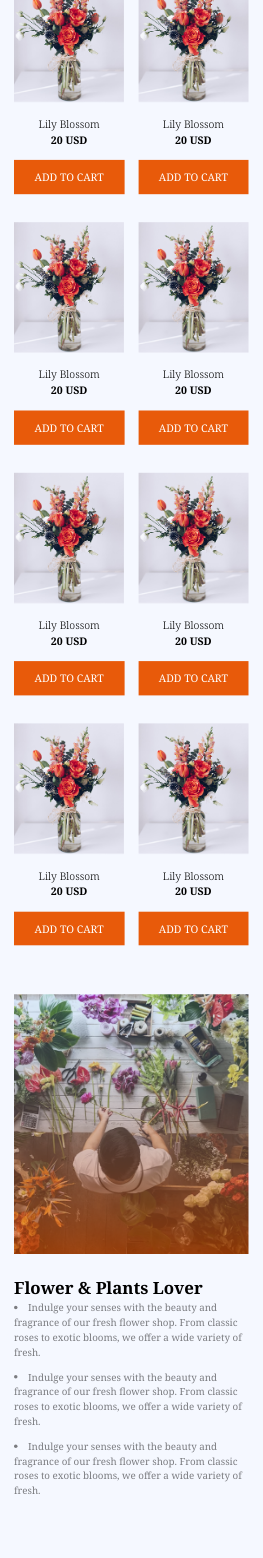
Repository: nahid-hasann/website-7
Page: index.html
These files come from the project's save history. The page is drawn as it stood at one moment and after a run of saves; the edit follows.
The browser window is 375 px wide. The pictures show the part of the page from y = 918 to 3158 px (the page is 3143 px tall before and 3158 px after), at 70% of full size.
Some web libraries are served in a nearby version.

Above is the page before, as saved 2025-07-24 13:19:24.

### index.html
<!DOCTYPE html>
<html lang="en">
<head>
    <meta charset="UTF-8">
    <meta name="viewport" content="width=device-width, initial-scale=1.0">
     <script src="https://cdn.jsdelivr.net/npm/@tailwindcss/browser@4"></script>
    <title> website-7 </title>
    <link rel="stylesheet" href="style.css">
    <link rel="stylesheet" href="https://cdnjs.cloudflare.com/ajax/libs/font-awesome/7.0.0/css/all.min.css" integrity="sha512-DxV+EoADOkOygM4IR9yXP8Sb2qwgidEmeqAEmDKIOfPRQZOWbXCzLC6vjbZyy0vPisbH2SyW27+ddLVCN+OMzQ==" crossorigin="anonymous" referrerpolicy="no-referrer" />
   <link rel="preconnect" href="https://fonts.googleapis.com">
<link rel="preconnect" href="https://fonts.gstatic.com" crossorigin>
<link href="https://fonts.googleapis.com/css2?family=Noto+Serif:ital,wght@0,100..900;1,100..900&display=swap" rel="stylesheet">
</head>
<body class="noto-serif-nahid">


    <header>
        <nav>
            <div class="nav-logo">
                <img src="assets/logo.png" alt="">
            </div>
            <div class="nav-menu">
                <ul>
                    <li class="ul-li" style="color: black; font-weight: bold;">Home</li>
                    <li class="ul-li" >Shop</li>
                    <li class="ul-li" >About us</li>
                    <li class="last-li" style="color: black;"><i class="fa-solid fa-cart-shopping"></i>Cart ($56)</li>
                </ul>
            </div>
        </nav>
    </header>

    <main>

        <section class="banner">
            <div class="banner-section">
                <div class="banner-description">
                    <h1>ALWAYS <span style="color: #e85a0a;">FRESH <br> FLOWERS</span></h1>
                    <p>Indulge your senses with the beauty and fragrance of our fresh flower shop. From classic roses to exotic blooms, we offer a wide variety of fresh flowers that are perfect for any occasion.  </p>
                </div>
                <div class="banner-img">
                    <img src="assets/hero-flower.png" alt="">
                </div>
            </div>
        </section>

        <section class="plants-section">
             <h1> <span style="color: #e85a0a;">Our</span> Plants</h1>
             <p>Indulge your senses with the beauty and fragrance of our fresh flower shop. From classic roses to exotic blooms, we offer a wide variety of fresh.</p>
             <div class="plants-card">
                <div class="card">
                    <img src="assets/sample-flower-image.png" alt="">
                    <h4>Lily Blossom</h4>
                    <h2>20 USD</h2>
                    <button class="btn">ADD TO CART</button>
                </div>
                 <div class="card">
                    <img src="assets/sample-flower-image.png" alt="">
                    <h4>Lily Blossom</h4>
                    <h2>20 USD</h2>
                    <button class="btn">ADD TO CART</button>
                </div>
                 <div class="card">
                    <img src="assets/sample-flower-image.png" alt="">
                    <h4>Lily Blossom</h4>
                    <h2>20 USD</h2>
                    <button class="btn">ADD TO CART</button>
                </div>
                 <div class="card">
                    <img src="assets/sample-flower-image.png" alt="">
                    <h4>Lily Blossom</h4>
                    <h2>20 USD</h2>
                    <button class="btn">ADD TO CART</button>
                </div>
                 <div class="card">
                    <img src="assets/sample-flower-image.png" alt="">
                    <h4>Lily Blossom</h4>
                    <h2>20 USD</h2>
                    <button class="btn">ADD TO CART</button>
                </div>
                 <div class="card">
                    <img src="assets/sample-flower-image.png" alt="">
                    <h4>Lily Blossom</h4>
                    <h2>20 USD</h2>
                    <button class="btn">ADD TO CART</button>
                </div>
                 <div class="card">
                    <img src="assets/sample-flower-image.png" alt="">
                    <h4>Lily Blossom</h4>
                    <h2>20 USD</h2>
                    <button class="btn">ADD TO CART</button>
                </div>
                 <div class="card">
                    <img src="assets/sample-flower-image.png" alt="">
                    <h4>Lily Blossom</h4>
                    <h2>20 USD</h2>
                    <button class="btn">ADD TO CART</button>
                </div>
             </div>
        </section>

        <section class="plants-lover-section">
            <div class="plants-lover-div">
                <div class="plants-lover-img">
                <img src="assets/flower-store.png" alt="">
                <div class="badge">
                    <img class="badge-img" src="assets/trusted-badge.png" alt="">
                </div>
            </div>
            <div class="plants-lover-content">
                <h1>Flower & Plants Lover</h1>
                <or>
                    <li>Indulge your senses with the beauty and fragrance of our fresh flower shop. From classic roses to exotic blooms, we offer a wide variety of fresh.</li>
                    <li>Indulge your senses with the beauty and fragrance of our fresh flower shop. From classic roses to exotic blooms, we offer a wide variety of fresh.</li>
                    <li>Indulge your senses with the beauty and fragrance of our fresh flower shop. From classic roses to exotic blooms, we offer a wide variety of fresh.</li>
                </or>
            </div>
            </div>
        </section>

    </main>




</body>
</html>

### style.css


*{
    margin: 0;
    padding: 0;
    box-sizing: border-box;
}


.noto-serif-nahid {
  font-family: "Noto Serif", serif;
  font-optical-sizing: auto;
  font-style: normal;
  font-variation-settings:
    "wdth" 100;
}

body{
    background-color: #f5f8ff;
}



/* header suru  */

header{
   margin: 20px auto;
   max-width: 1140px;
}

nav{
    display: flex;
    justify-content: space-between;
    align-items: center;
}

.nav-logo img{
    width: 100%;
}

.nav-menu ul{
     display: flex;
     gap: 30px;
     align-items: center;
     justify-content: center;
     margin: auto 0;
}

.nav-menu ul li{
    color: rgba(137, 135, 161, 1);
    font-weight: 400;
}


/* header sesh  */

/* banner-section  */

.banner{
    margin: 230px auto 130px auto;
    max-width: 1140px;

}

.banner-section{
     display: flex;
     align-items: end;
     justify-content: center;
}

.banner-description h1{
    font-size: 65px;
    font-weight: 800;

}

.banner-description p{
    font-size: 22px;
    color: #7b7c80;
}

.banner-img img{
    max-width: 570px;
}

/* banner-section  */

/* plants-section suru */

.plants-section{
    width: 1140px;
    margin: 130px auto;
}

.plants-section h1{
    text-align: center;
    font-size: 50px;
    margin-bottom: 14px;
    font-weight: 700;
}

.plants-card{
    display: grid;
    grid-template-columns: 1fr 1fr 1fr 1fr;
    gap: 30px;
    row-gap: 60px;
    margin-top: 60px;
}

.plants-section p{
    font-size: 22px;
    color: #7b7c80;
    text-align: center;
}

.card {
    display: flex;
    flex-direction: column;
    align-items: center;
    justify-content: center;
}

.card h4{
    font-size: 22px;
    font-weight: 300;
    margin-top: 18px;
}

.card h2{
    font-size: 22px;
    font-weight: 700;
    margin-bottom: 18px;
}

.btn{
    background-color: #e85a0a;
    width: 100%;
    padding: 13px 0;
    color: white;
}

/* plants-section sesh  */

/* plants-lover-section suru  */

.plants-lover-section{
    width: 1140px;
    margin: 180px auto 130px auto;
}



.plants-lover-div{
     display: grid;
     grid-template-columns: 1fr 1fr;
    align-items: center;
    justify-content: center;
    gap: 60px;
}

.plants-lover-img{
    position: relative;
}

.badge-img{
    position: absolute;
    top: -80px;
    right: -80px;
    width: 200px;
    z-index: 999;
}



.plants-lover-content h1{
     font-size: 50px;
     font-weight: 700;
}

.plants-lover-content or li{
    font-size: 22px;
    color: #7b7c80;
}

/* plants-lover-section sesh  */


/* media screen  */

@media screen and (max-width:575px) {
    header{
        width: 100%;
    }

nav{
    margin:0 30px;

}

.nav-logo img{
    width: 63px;
}
    .ul-li{
        display: none;
    }

    .banner{
        max-width: 575px;
        margin-top: 70px ;
        margin-bottom: 70px;
    }

    .banner-section{
        flex-direction: column-reverse;

    }

    .banner-description{
        margin-left: 30px;
    }

    .banner-description h1{
    font-size: 24px;
}

.banner-description p{
    font-size: 14px;
}

.banner-img img{
    max-width: 400px;
    margin-bottom: 80px;
}

.plants-section{
    width: 100% ;
    padding: 0 20px ;
    margin: 70px 0;

}

.plants-card{
    display: grid;
    grid-template-columns: 1fr 1fr;
    gap: 20px;
    row-gap: 40px;
}

.plants-section h1{
    font-size: 24px;
}
.plants-section p{
    font-size: 14px;
}

.card h4{
    font-size: 15px;
}

.card h2{
    font-size: 15px;
}

.btn{
    font-size: 15px;
}

.plants-lover-section{
    width: 100%;
    margin: 70px 0;
    padding: 0 20px;
}

.plants-lover-div{
    grid-template-columns: 1fr;
}

.badge-img{
    display: none;
}

.plants-lover-content h1{
    font-size: 24px;
    margin-top: -30px;
}

.plants-lover-content or li{
    font-size: 14px;
    margin-bottom: 15px;
}

.plants-lover-content or li:first-child

}

After the next 3 saves:
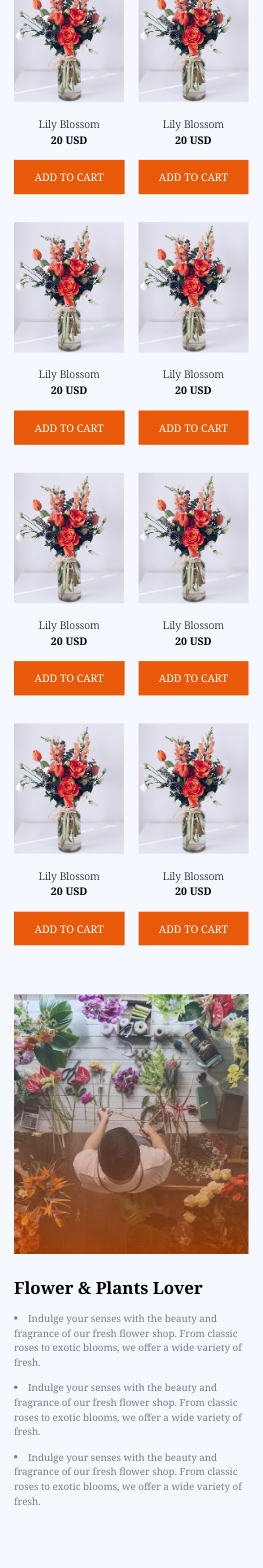
The 3 saves are shown as one change because they came seconds apart.
The last was saved 12 s later.
--- a/style.css
+++ b/style.css
@@ -289,6 +289,8 @@ nav{
     margin-bottom: 15px;
 }
 
-.plants-lover-content or li:first-child
-
-}
+.plants-lover-content or li:first-child{
+    margin-top: 15px;
+}
+
+}
